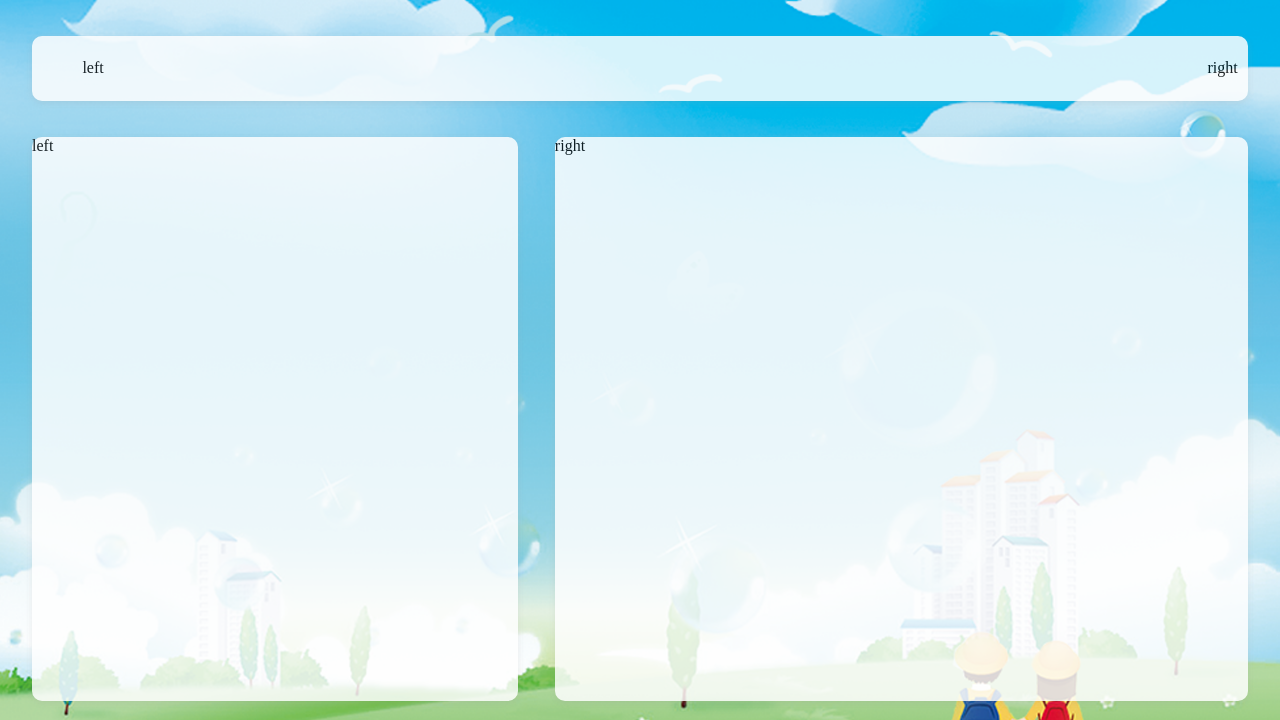
Repository: huangdesheng/classBrand
Page: / (app in classBrand/)
These files come from the project's save history. The page is drawn as it stood at one moment and after a run of saves; the edit follows.
The browser window is 1280 px wide. The pictures show the whole page.
The project was rebuilt for these pictures with package versions that can differ from the ones it lists, and the page was loaded fresh each time.

Above is the page before, as saved 2019-08-23 09:54:21.

After the next 2 saves:
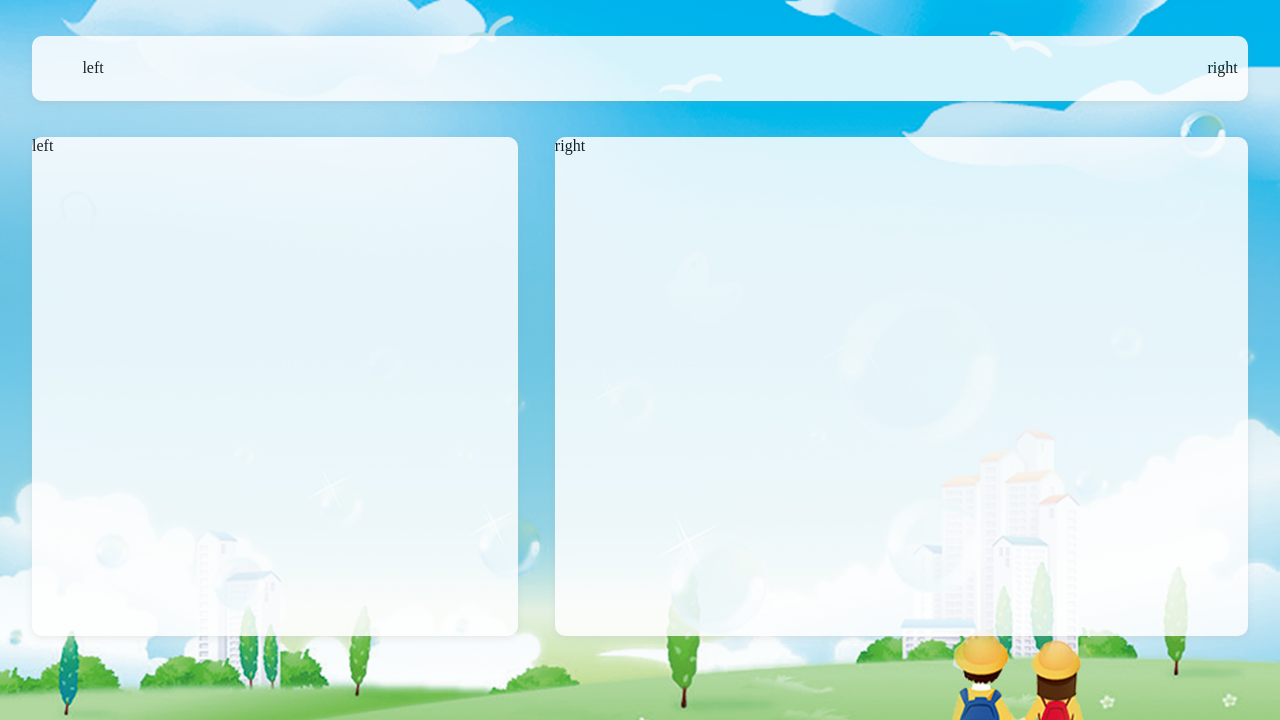
The 2 saves are shown as one change because they came seconds apart.
The last was saved 49 s later.
--- a/classBrand/src/views/index/index.vue
+++ b/classBrand/src/views/index/index.vue
@@ -50,11 +50,10 @@ export default {};
     .flex;
     width: 100%;
     margin-top: 3%;
-    height: 87%;
+    height: 77%;
     aside {
       .bt;
       height: 100%;
-
       &:nth-of-type(1) {
         width: 40%;
         margin-right: 3%;
